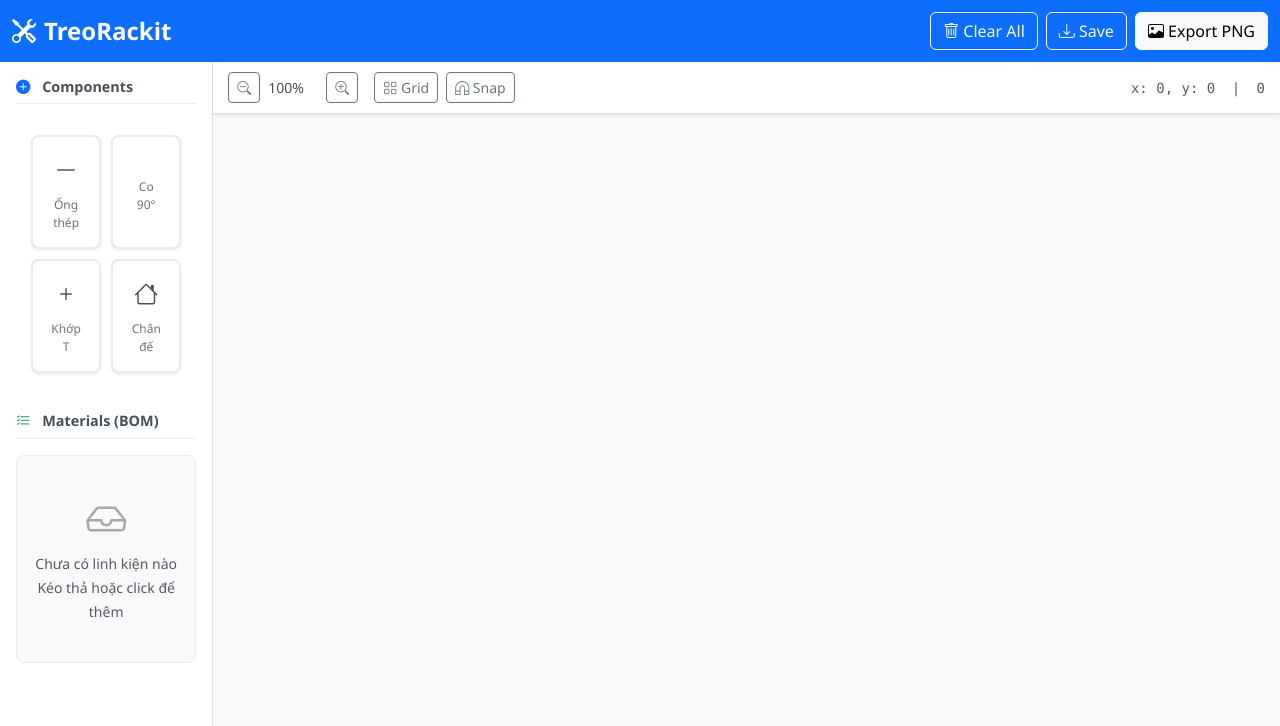
Repository: ph4n4n/treo-rackit
Page: index.html
The author's editor kept a copy of each file at every save. The page is drawn from the files as they stood at one save, then again after the next save.
The browser window is 1280 px wide. The pictures show the whole page.

Above is the page before, as saved 2025-06-17 09:37:10.

### index.html
<!DOCTYPE html>
<html lang="vi">
<head>
    <meta charset="UTF-8">
    <meta name="viewport" content="width=device-width, initial-scale=1.0">
    <title>TreoRackit - Thiết kế giá treo quần áo</title>

    <!-- Bootstrap 5 CSS -->
    <link href="https://cdn.jsdelivr.net/npm/bootstrap@5.3.0/dist/css/bootstrap.min.css" rel="stylesheet">

    <!-- Bootstrap Icons -->
    <link href="https://cdn.jsdelivr.net/npm/bootstrap-icons@1.11.0/font/bootstrap-icons.css" rel="stylesheet">

    <!-- Custom CSS -->
    <link href="css/style.css" rel="stylesheet">
</head>
<body>
    <!-- Header -->
    <nav class="navbar navbar-expand-lg navbar-dark bg-primary">
        <div class="container-fluid">
            <a class="navbar-brand fw-bold" href="#">
                <i class="bi bi-tools me-2"></i>TreoRackit
            </a>
            <div class="d-flex">
                <button class="btn btn-outline-light me-2" id="clearCanvas">
                    <i class="bi bi-trash"></i> <span data-i18n="clearAll">Clear All</span>
                </button>
                <button class="btn btn-outline-light me-2" id="saveDesign">
                    <i class="bi bi-download"></i> <span data-i18n="save">Save</span>
                </button>
                <button class="btn btn-light" id="exportPNG">
                    <i class="bi bi-image"></i> <span data-i18n="exportPNG">Export PNG</span>
                </button>
            </div>
        </div>
    </nav>

    <div class="container-fluid h-100">
        <div class="row h-100">
            <!-- Left Sidebar -->
            <div class="col-xl-2 col-lg-3 col-md-4 bg-light border-end p-0">
                <div class="sidebar-content p-3">
                    <!-- Components Section -->
                    <div class="mb-4">
                        <h5 class="sidebar-title">
                            <i class="bi bi-plus-circle-fill text-primary me-2"></i>
                            <span data-i18n="components">Components</span>
                        </h5>
                        <div class="components-grid">
                            <!-- Components will be added here -->
                        </div>
                    </div>

                    <!-- Properties Panel -->
                    <div class="mb-4" id="propertiesPanel" style="display: none;">
                        <h5 class="sidebar-title">
                            <i class="bi bi-gear-fill text-secondary me-2"></i>
                            <span data-i18n="properties">Properties</span>
                        </h5>
                        <div class="properties-content">
                            <!-- Properties will be shown here -->
                        </div>
                    </div>

                    <!-- Materials List -->
                    <div class="mb-4">
                        <h5 class="sidebar-title">
                            <i class="bi bi-list-check text-success me-2"></i>
                            <span data-i18n="materials">Materials (BOM)</span>
                        </h5>
                        <div class="bom-content">
                            <!-- BOM will be added here -->
                        </div>
                    </div>
                </div>
            </div>

            <!-- Main Canvas Area -->
            <div class="col-xl-10 col-lg-9 col-md-8 p-0">
                <div class="canvas-wrapper">
                    <!-- Toolbar -->
                    <div class="toolbar">
                        <div class="d-flex align-items-center">
                            <button class="btn btn-sm btn-outline-secondary me-2" id="zoomOut">
                                <i class="bi bi-zoom-out"></i>
                            </button>
                            <span class="zoom-level me-2">100%</span>
                            <button class="btn btn-sm btn-outline-secondary me-3" id="zoomIn">
                                <i class="bi bi-zoom-in"></i>
                            </button>

                            <button class="btn btn-sm btn-outline-secondary me-2" id="gridToggle">
                                <i class="bi bi-grid"></i> <span data-i18n="grid">Grid</span>
                            </button>

                            <button class="btn btn-sm btn-outline-secondary" id="snapToggle">
                                <i class="bi bi-magnet"></i> <span data-i18n="snap">Snap</span>
                            </button>
                        </div>

                        <div class="canvas-info">
                            <small class="text-muted">
                                <span id="mouseCoords">x: 0, y: 0</span>
                                <span class="mx-2">|</span>
                                <span id="componentCount">0 components</span>
                            </small>
                        </div>
                    </div>

                    <!-- Canvas Container -->
                    <div class="canvas-container">
                        <div id="canvas" class="canvas">
                            <!-- Canvas content will be added here -->
                        </div>
                    </div>
                </div>
            </div>
        </div>
    </div>

    <!-- Bootstrap 5 JS -->
    <script src="https://cdn.jsdelivr.net/npm/bootstrap@5.3.0/dist/js/bootstrap.bundle.min.js"></script>

    <!-- FileSaver.js -->
    <script src="https://cdnjs.cloudflare.com/ajax/libs/FileSaver.js/2.0.5/FileSaver.min.js"></script>

    <!-- Custom JS -->
    <script src="js/i18n.js"></script>
    <script src="js/constants.js"></script>
    <script src="js/components/BaseComponent.js"></script>
    <script src="js/components/PipeSegment.js"></script>
    <script src="js/components/ElbowJoint.js"></script>
    <script src="js/components/TeeJoint.js"></script>
    <script src="js/components/WallMount.js"></script>
    <script src="js/utils/dragDrop.js"></script>
    <script src="js/utils/snapGuides.js"></script>
    <script src="js/utils/bom.js"></script>
    <script src="js/app.js"></script>
</body>
</html>

### js/app.js
class TreoRackitApp {
    constructor() {
        this.canvas = document.getElementById('canvas');
        this.sidebar = document.querySelector('.components-grid');
        this.propertiesPanel = document.getElementById('propertiesPanel');
        this.bomContainer = document.querySelector('.bom-content');
        this.mouseCoords = document.getElementById('mouseCoords');
        this.componentCounter = document.getElementById('componentCount');

        this.selectedComponent = null;
        this.components = [];
        this.dragDrop = new DragDrop(this);
        this.snapGuides = new SnapGuides(this);
        this.bom = new BOM(this);

        this.gridSize = 20;
        this.isGridEnabled = true;
        this.isSnapEnabled = true;
        this.zoomLevel = 1;

        this.currentTool = null; // For click-to-add mode

        this.init();
    }

    init() {
        this.setupCanvas();
        this.setupSidebar();
        this.setupToolbar();
        this.setupKeyboardShortcuts();
        this.setupMouseTracking();
        this.updateComponentCounter();
    }

    setupCanvas() {
        this.canvas.addEventListener('click', (e) => {
            // If we have a tool selected, add component at click position
            if (this.currentTool) {
                const rect = this.canvas.getBoundingClientRect();
                const x = (e.clientX - rect.left) / this.zoomLevel;
                const y = (e.clientY - rect.top) / this.zoomLevel;

                this.addComponentAtPosition(this.currentTool, x, y);
                return;
            }

            // Otherwise handle selection
            if (e.target === this.canvas) {
                this.selectComponent(null);
            }
        });

        // Mouse tracking for coordinates
        this.canvas.addEventListener('mousemove', (e) => {
            const rect = this.canvas.getBoundingClientRect();
            const x = Math.round((e.clientX - rect.left) / this.zoomLevel);
            const y = Math.round((e.clientY - rect.top) / this.zoomLevel);
            this.mouseCoords.textContent = `${x}, ${y}`;
        });
    }

    setupSidebar() {
        // Create component buttons
        Object.values(COMPONENT_TYPES).forEach(type => {
            const button = document.createElement('div');
            button.className = 'component-item';
            button.draggable = true;
            button.dataset.componentType = type.id;

            // Add icon
            const icon = document.createElement('i');
            icon.className = type.icon;
            button.appendChild(icon);

            // Add label
            const label = document.createElement('span');
            label.textContent = type.name;
            button.appendChild(label);

            // Drag events
            button.addEventListener('dragstart', (e) => {
                this.dragDrop.handleDragStart(e);
            });

            // Click to select tool
            button.addEventListener('click', (e) => {
                e.preventDefault();
                this.selectTool(type);
            });

            this.sidebar.appendChild(button);
        });
    }

    selectTool(componentType) {
        // Clear previous selection
        this.sidebar.querySelectorAll('.component-item').forEach(item => {
            item.classList.remove('active');
        });

        if (this.currentTool === componentType) {
            // Deselect if clicking same tool
            this.currentTool = null;
            this.canvas.style.cursor = 'default';
        } else {
            // Select new tool
            this.currentTool = componentType;
            this.canvas.style.cursor = 'crosshair';

            // Highlight selected tool
            const toolButton = this.sidebar.querySelector(`[data-component-type="${componentType.id}"]`);
            if (toolButton) {
                toolButton.classList.add('active');
            }
        }
    }

    addComponentAtPosition(componentType, x, y) {
        let component;

        switch (componentType.id) {
            case 'pipe-segment':
                component = new PipeSegment(x, y);
                break;
            case 'elbow-joint':
                component = new ElbowJoint(x, y);
                break;
            case 'tee-joint':
                component = new TeeJoint(x, y);
                break;
            case 'wall-mount':
                component = new WallMount(x, y);
                break;
        }

        if (component) {
            this.addComponent(component);
        }
    }

    setupToolbar() {
        // Grid toggle
        const gridToggle = document.getElementById('gridToggle');
        if (gridToggle) {
            gridToggle.addEventListener('click', () => {
                this.isGridEnabled = !this.isGridEnabled;
                this.canvas.classList.toggle('grid-enabled', this.isGridEnabled);
                gridToggle.classList.toggle('active', this.isGridEnabled);
            });
        }

        // Snap toggle
        const snapToggle = document.getElementById('snapToggle');
        if (snapToggle) {
            snapToggle.addEventListener('click', () => {
                this.isSnapEnabled = !this.isSnapEnabled;
                snapToggle.classList.toggle('active', this.isSnapEnabled);
            });
        }

        // Zoom controls
        const zoomIn = document.getElementById('zoomIn');
        if (zoomIn) {
            zoomIn.addEventListener('click', () => {
                this.zoomLevel = Math.min(this.zoomLevel * 1.2, 3);
                this.updateZoom();
            });
        }

        const zoomOut = document.getElementById('zoomOut');
        if (zoomOut) {
            zoomOut.addEventListener('click', () => {
                this.zoomLevel = Math.max(this.zoomLevel / 1.2, 0.5);
                this.updateZoom();
            });
        }

        // Clear all
        const clearCanvas = document.getElementById('clearCanvas');
        if (clearCanvas) {
            clearCanvas.addEventListener('click', () => {
                if (confirm('Xóa tất cả các thành phần?')) {
                    this.clearAll();
                }
            });
        }

        // Export
        const saveDesign = document.getElementById('saveDesign');
        if (saveDesign) {
            saveDesign.addEventListener('click', () => {
                this.exportDesign();
            });
        }
    }

    updateZoom() {
        this.canvas.style.transform = `scale(${this.zoomLevel})`;
        this.canvas.style.transformOrigin = 'top left';
        const zoomDisplay = document.querySelector('.zoom-level');
        if (zoomDisplay) {
            zoomDisplay.textContent = Math.round(this.zoomLevel * 100) + '%';
        }
    }

    setupKeyboardShortcuts() {
        document.addEventListener('keydown', (e) => {
            // ESC to deselect tool
            if (e.key === 'Escape') {
                this.selectTool(null);
                this.selectComponent(null);
            }

            // Delete selected component
            if (e.key === 'Delete' && this.selectedComponent) {
                this.removeComponent(this.selectedComponent);
            }

            // Grid toggle with G
            if (e.key === 'g' || e.key === 'G') {
                const gridToggle = document.getElementById('gridToggle');
                if (gridToggle) gridToggle.click();
            }

            // Snap toggle with S
            if (e.key === 's' || e.key === 'S') {
                const snapToggle = document.getElementById('snapToggle');
                if (snapToggle) snapToggle.click();
            }
        });
    }

    setupMouseTracking() {
        // Already implemented in setupCanvas
    }

    addComponent(component) {
        this.components.push(component);
        this.canvas.appendChild(component.create());
        this.updateComponentCounter();
        this.bom.updateBOM();
        this.selectComponent(component);
    }

    removeComponent(component) {
        const index = this.components.indexOf(component);
        if (index > -1) {
            this.components.splice(index, 1);
            if (component.element && component.element.parentNode) {
                component.element.parentNode.removeChild(component.element);
            }
            if (this.selectedComponent === component) {
                this.selectComponent(null);
            }
            this.updateComponentCounter();
            this.bom.updateBOM();
        }
    }

    selectComponent(component) {
        // Clear previous selection
        if (this.selectedComponent) {
            this.selectedComponent.setSelected(false);
        }

        this.selectedComponent = component;

        if (component) {
            component.setSelected(true);
            this.showProperties(component);
        } else {
            this.hideProperties();
        }
    }

    showProperties(component) {
        const content = document.querySelector('.properties-content');
        if (!content) return;
        content.innerHTML = '';

        // Component type
        const typeDiv = document.createElement('div');
        typeDiv.className = 'property-group';
        typeDiv.innerHTML = `
            <label>Loại linh kiện:</label>
            <span>${component.type.name}</span>
        `;
        content.appendChild(typeDiv);

        // Position
        const posDiv = document.createElement('div');
        posDiv.className = 'property-group';
        posDiv.innerHTML = `
            <label>Vị trí:</label>
            <div class="position-inputs">
                <input type="number" id="pos-x" value="${Math.round(component.x)}" placeholder="X">
                <input type="number" id="pos-y" value="${Math.round(component.y)}" placeholder="Y">
            </div>
        `;
        content.appendChild(posDiv);

        // Position change handlers
        document.getElementById('pos-x').addEventListener('change', (e) => {
            component.x = parseInt(e.target.value) || 0;
            component.updateStyle();
        });

        document.getElementById('pos-y').addEventListener('change', (e) => {
            component.y = parseInt(e.target.value) || 0;
            component.updateStyle();
        });

        // Rotation
        const rotDiv = document.createElement('div');
        rotDiv.className = 'property-group';
        rotDiv.innerHTML = `
            <label>Góc xoay:</label>
            <input type="number" id="rotation" value="${component.rotation}" min="0" max="360" step="90">
        `;
        content.appendChild(rotDiv);

        document.getElementById('rotation').addEventListener('change', (e) => {
            component.rotation = parseInt(e.target.value) || 0;
            component.updateStyle();
        });

        // Length for pipe segments
        if (component.type.id === 'pipe-segment') {
            const lengthDiv = document.createElement('div');
            lengthDiv.className = 'property-group';
            lengthDiv.innerHTML = `
                <label>Chiều dài (cm):</label>
                <input type="number" id="pipe-length" value="${component.length}" min="10" max="300">
            `;
            content.appendChild(lengthDiv);

            document.getElementById('pipe-length').addEventListener('change', (e) => {
                component.length = parseInt(e.target.value) || 100;
                component.updateStyle();
                this.bom.updateBOM();
            });
        }

        // Delete button
        const deleteDiv = document.createElement('div');
        deleteDiv.className = 'property-group';
        deleteDiv.innerHTML = `
            <button class="btn btn-danger" id="delete-component">
                <i class="bi bi-trash"></i> Xóa
            </button>
        `;
        content.appendChild(deleteDiv);

        document.getElementById('delete-component').addEventListener('click', () => {
            this.removeComponent(component);
        });

        this.propertiesPanel.style.display = 'block';
    }

    hideProperties() {
        this.propertiesPanel.style.display = 'none';
    }

    updateComponentCounter() {
        this.componentCounter.textContent = this.components.length;
    }

    clearAll() {
        this.components.forEach(component => {
            if (component.element && component.element.parentNode) {
                component.element.parentNode.removeChild(component.element);
            }
        });
        this.components = [];
        this.selectComponent(null);
        this.updateComponentCounter();
        this.bom.updateBOM();
    }

    exportDesign() {
        const data = {
            components: this.components.map(c => ({
                type: c.type.id,
                x: c.x,
                y: c.y,
                rotation: c.rotation,
                length: c.length || undefined
            })),
            bom: this.bom.generateBOM()
        };

        const blob = new Blob([JSON.stringify(data, null, 2)], { type: 'application/json' });
        const url = URL.createObjectURL(blob);
        const a = document.createElement('a');
        a.href = url;
        a.download = 'treo-rackit-design.json';
        document.body.appendChild(a);
        a.click();
        document.body.removeChild(a);
        URL.revokeObjectURL(url);
    }
}

// Initialize app when DOM is loaded
document.addEventListener('DOMContentLoaded', () => {
    window.app = new TreoRackitApp();
});

Loaded but not shown: js/components/PipeSegment.js (193 lines, source omitted); js/utils/bom.js (153 lines, source omitted); js/components/BaseComponent.js (125 lines, source omitted); js/utils/snapGuides.js (102 lines, source omitted); js/components/WallMount.js (95 lines, source omitted); js/i18n.js (138 lines, source omitted); js/components/ElbowJoint.js (61 lines, source omitted); js/components/TeeJoint.js (61 lines, source omitted); js/utils/dragDrop.js (59 lines, source omitted); js/constants.js (47 lines, source omitted); css/style.css (912 lines, source omitted)

After the next save:
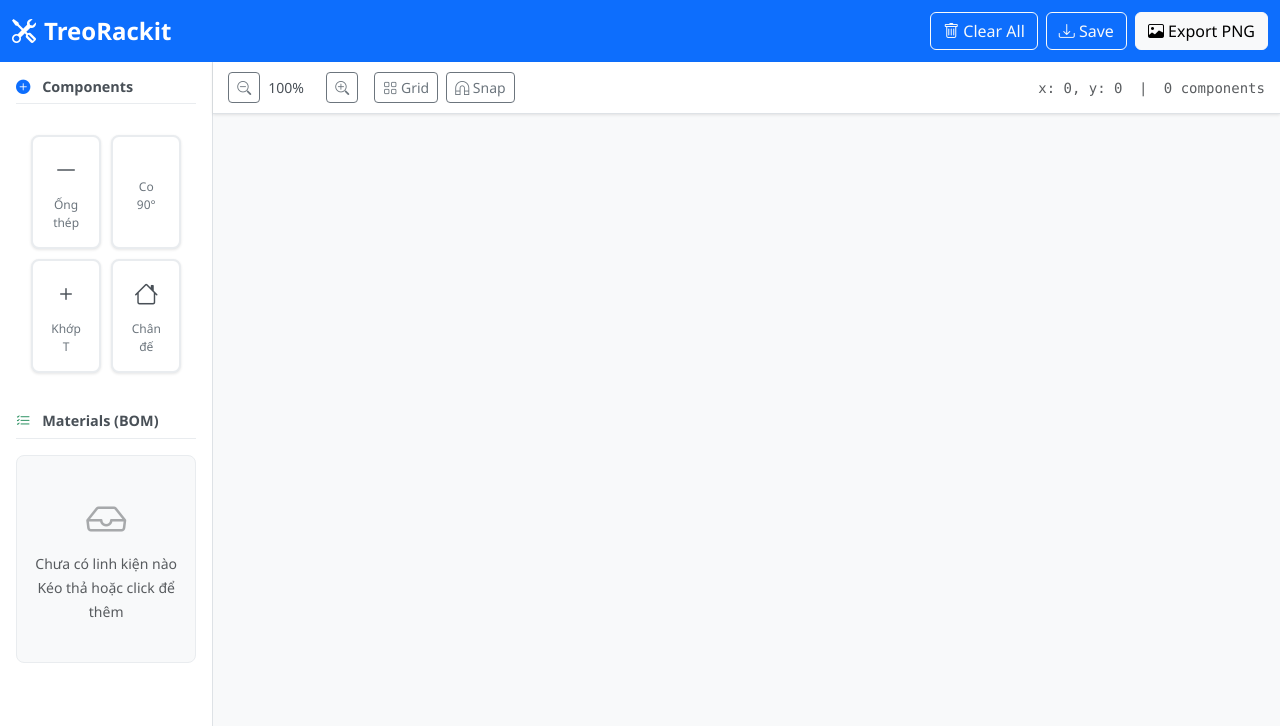
Saved 84 s later.
--- a/js/app.js
+++ b/js/app.js
@@ -30,6 +30,26 @@ class TreoRackitApp {
         this.setupKeyboardShortcuts();
         this.setupMouseTracking();
         this.updateComponentCounter();
+        this.updateUI(); // Apply i18n
+    }
+
+    updateUI() {
+        // Update all elements with data-i18n attribute
+        document.querySelectorAll('[data-i18n]').forEach(element => {
+            const key = element.getAttribute('data-i18n');
+            element.textContent = t(key);
+        });
+
+        // Re-render sidebar components
+        this.setupSidebar();
+
+        // Update properties panel if component is selected
+        if (this.selectedComponent) {
+            this.showProperties(this.selectedComponent);
+        }
+
+        // Update BOM
+        this.bom.updateBOM();
     }
 
     setupCanvas() {
@@ -55,11 +75,14 @@ class TreoRackitApp {
             const rect = this.canvas.getBoundingClientRect();
             const x = Math.round((e.clientX - rect.left) / this.zoomLevel);
             const y = Math.round((e.clientY - rect.top) / this.zoomLevel);
-            this.mouseCoords.textContent = `${x}, ${y}`;
+            this.mouseCoords.textContent = t('mouseCoords', { x, y });
         });
     }
 
     setupSidebar() {
+        // Clear existing components
+        this.sidebar.innerHTML = '';
+
         // Create component buttons
         Object.values(COMPONENT_TYPES).forEach(type => {
             const button = document.createElement('div');
@@ -179,7 +202,7 @@ class TreoRackitApp {
         const clearCanvas = document.getElementById('clearCanvas');
         if (clearCanvas) {
             clearCanvas.addEventListener('click', () => {
-                if (confirm('Xóa tất cả các thành phần?')) {
+                if (confirm(t('confirmClearAll'))) {
                     this.clearAll();
                 }
             });
@@ -199,7 +222,7 @@ class TreoRackitApp {
         this.canvas.style.transformOrigin = 'top left';
         const zoomDisplay = document.querySelector('.zoom-level');
         if (zoomDisplay) {
-            zoomDisplay.textContent = Math.round(this.zoomLevel * 100) + '%';
+            zoomDisplay.textContent = t('zoomLevel', { level: Math.round(this.zoomLevel * 100) });
         }
     }
 
@@ -282,7 +305,7 @@ class TreoRackitApp {
         const typeDiv = document.createElement('div');
         typeDiv.className = 'property-group';
         typeDiv.innerHTML = `
-            <label>Loại linh kiện:</label>
+            <label>${t('componentType')}</label>
             <span>${component.type.name}</span>
         `;
         content.appendChild(typeDiv);
@@ -291,7 +314,7 @@ class TreoRackitApp {
         const posDiv = document.createElement('div');
         posDiv.className = 'property-group';
         posDiv.innerHTML = `
-            <label>Vị trí:</label>
+            <label>${t('position')}</label>
             <div class="position-inputs">
                 <input type="number" id="pos-x" value="${Math.round(component.x)}" placeholder="X">
                 <input type="number" id="pos-y" value="${Math.round(component.y)}" placeholder="Y">
@@ -314,7 +337,7 @@ class TreoRackitApp {
         const rotDiv = document.createElement('div');
         rotDiv.className = 'property-group';
         rotDiv.innerHTML = `
-            <label>Góc xoay:</label>
+            <label>${t('rotation')}</label>
             <input type="number" id="rotation" value="${component.rotation}" min="0" max="360" step="90">
         `;
         content.appendChild(rotDiv);
@@ -329,7 +352,7 @@ class TreoRackitApp {
             const lengthDiv = document.createElement('div');
             lengthDiv.className = 'property-group';
             lengthDiv.innerHTML = `
-                <label>Chiều dài (cm):</label>
+                <label>${t('length')}</label>
                 <input type="number" id="pipe-length" value="${component.length}" min="10" max="300">
             `;
             content.appendChild(lengthDiv);
@@ -346,7 +369,7 @@ class TreoRackitApp {
         deleteDiv.className = 'property-group';
         deleteDiv.innerHTML = `
             <button class="btn btn-danger" id="delete-component">
-                <i class="bi bi-trash"></i> Xóa
+                <i class="bi bi-trash"></i> ${t('delete')}
             </button>
         `;
         content.appendChild(deleteDiv);
@@ -363,7 +386,7 @@ class TreoRackitApp {
     }
 
     updateComponentCounter() {
-        this.componentCounter.textContent = this.components.length;
+        this.componentCounter.textContent = t('componentCount', { count: this.components.length });
     }
 
     clearAll() {
@@ -394,7 +417,7 @@ class TreoRackitApp {
         const url = URL.createObjectURL(blob);
         const a = document.createElement('a');
         a.href = url;
-        a.download = 'treo-rackit-design.json';
+        a.download = t('exportFilename');
         document.body.appendChild(a);
         a.click();
         document.body.removeChild(a);
